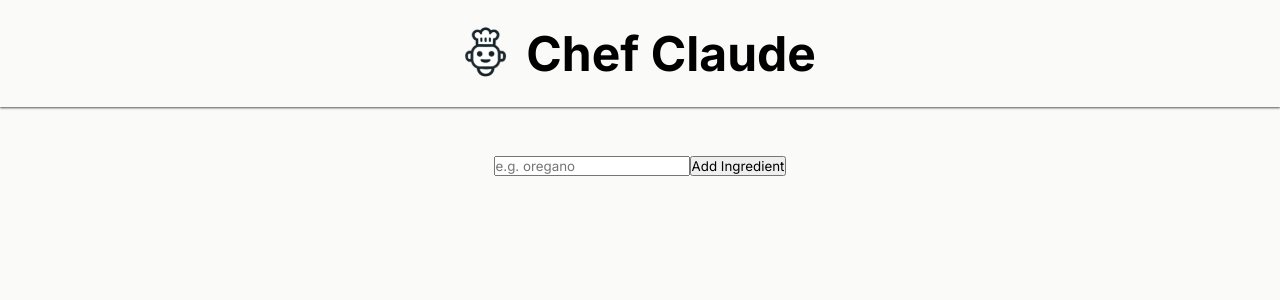
Repository: AchrafAzzaoui/Chef_Claude--React_Course_Scrimba_Project
Page: / (app in project/)
An editor plug-in stored every save of this project. The page is shown before and after the next save, followed by the edit.
The browser window is 1280 px wide. The pictures show the whole page.
The project was rebuilt for these pictures with package versions that can differ from the ones it lists, and the page was loaded fresh each time. Also part of the build but not shown: project/vite.config.js.

Above is the page before, as saved 2024-11-30 17:40:41.

After the next save:
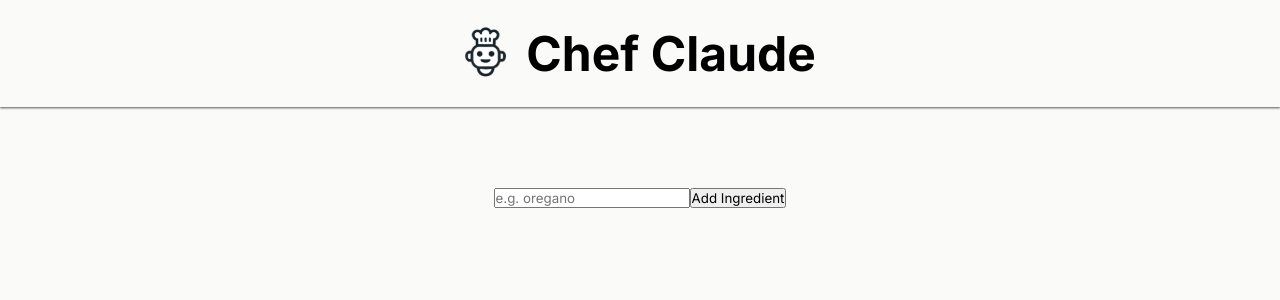
Saved 12 s later.
--- a/project/index.css
+++ b/project/index.css
@@ -29,7 +29,7 @@
 /* Form styling for add ingredient form */
 
 .add-ingredient-form {
-  margin: 3em 0;
+  margin: 5em 0;
   display: flex;
   justify-content: center;
   align-items: center;
